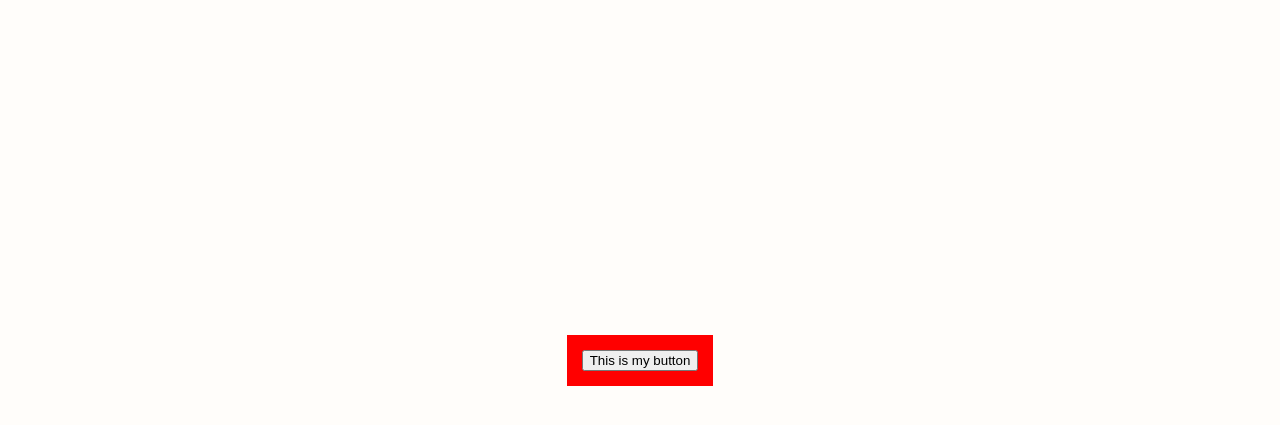
Repository: ZahirA1i/form-using-next
Page: /
An editor plug-in stored every save of this project. The page is shown before and after the next save, followed by the edit.
The browser window is 1280 px wide. The pictures show the whole page.
The project was rebuilt for these pictures with package versions that can differ from the ones it lists, and the page was loaded fresh each time. The framework's server and built-in components were replaced by stand-ins that run in the browser. Also part of the build but not shown: next.config.js, styles/Home.module.css.

Above is the page before, as saved 2022-09-14 13:20:51.

### pages/index.js
import Head from 'next/head'
import Image from 'next/image'
import styles from '../styles/Home.module.css'

import ButtonArea from '../Componets'
import { FlexCont, Wrapper } from '../styles/globals'

export default function Home() {
  return (
    <Wrapper>
      <FlexCont color="red">
      <ButtonArea name="Zahir"/>
      </FlexCont>


    </Wrapper>
  )
}

### Componets/index.js
import React from "React";

function ButtonArea() {
    return <button>This is my button</button>
}

export default ButtonArea;

### styles/globals.js
import styled from 'styled-components';

export const FlexCont = styled.div`
display:flex;
justify-content: center;
align-items: center;
background-color:${props => props.color || "inherit"};
padding: 15px;
height 15px;


`

export const Wrapper = styled(FlexCont)`
width: 100w;
height: 100vh;
background: #FFFDFA;

`

Loaded but not shown: pages/_app.js (common file); styles/globals.css (common file)

After the next save:
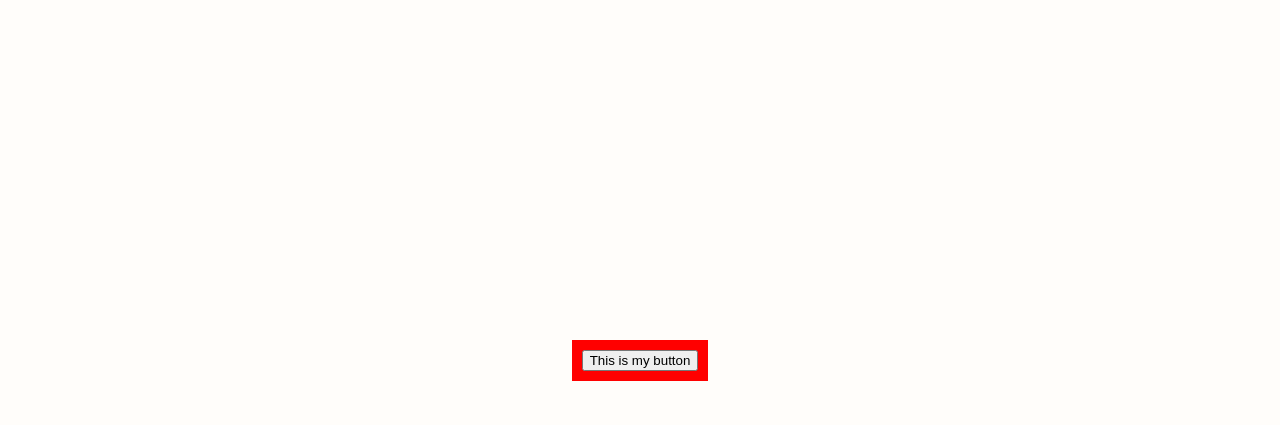
Saved 2 min 15 s later.
--- a/styles/globals.js
+++ b/styles/globals.js
@@ -5,8 +5,8 @@ display:flex;
 justify-content: center;
 align-items: center;
 background-color:${props => props.color || "inherit"};
-padding: 15px;
-height 15px;
+padding: 10px;
+height 10px;
 
 
 `
